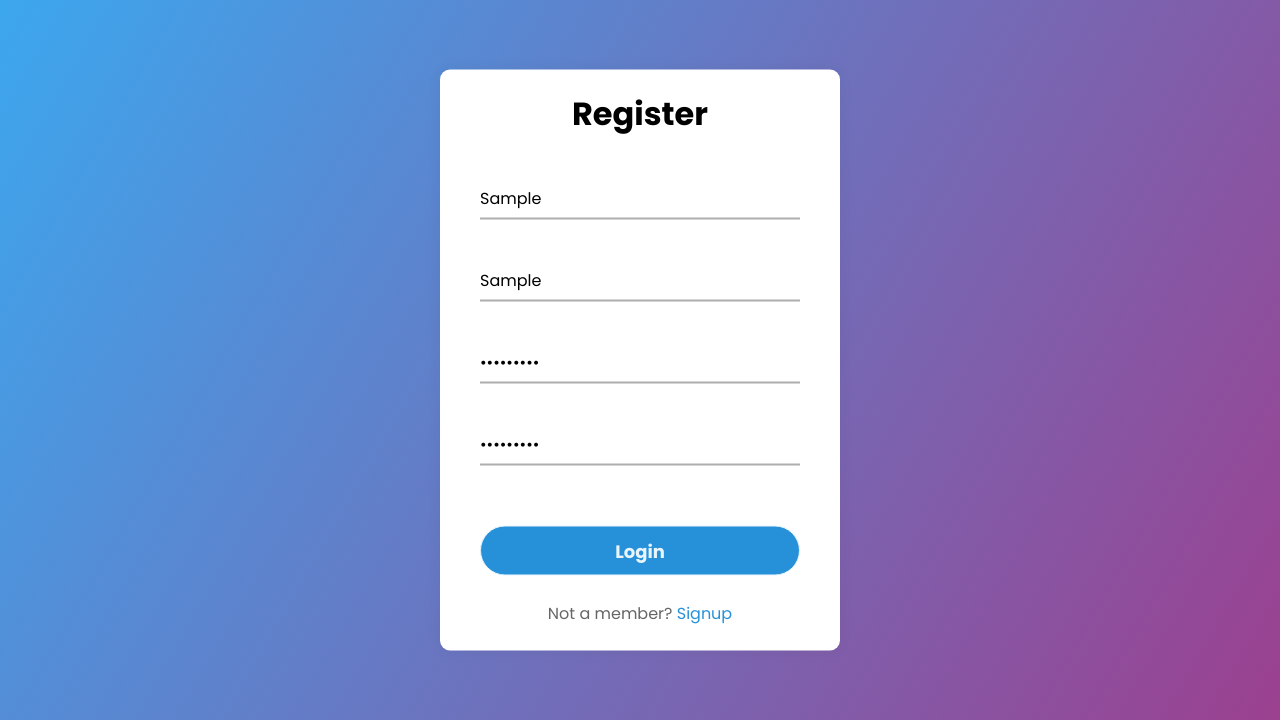
Repository: HoanTiny/30projects-30day
Page: Day 8/index.html
An editor plug-in stored every save of this project. The page is shown before and after the next save, followed by the edit.
The browser window is 1280 px wide. The pictures show the whole page.
Empty fields were first filled with sample values (such as "Sample", 5 or name@example.com).
After loading, the first visible `form` was submitted once.

Above is the page before, as saved 2021-12-06 14:34:51.
Console error: ReferenceError: input is not defined

### Day 8/index.html
<!DOCTYPE html>
<html lang="en">
    <head>
        <meta charset="UTF-8" />
        <meta http-equiv="X-UA-Compatible" content="IE=edge" />
        <meta name="viewport" content="width=device-width, initial-scale=1.0" />
        <title>Register Form Validator</title>
        <link rel="stylesheet" href="style.css" />
    </head>
    <body>
        <div class="container">
            <h1>Register</h1>
            <form>
                <div class="form-control">
                    <input type="text" id="username" placeholder="Username" />
                    <span></span>
                    <small></small>
                </div>
                <div class="form-control">
                    <input type="text" id="email" placeholder="Email" />
                    <span></span>
                    <small></small>
                </div>
                <div class="form-control">
                    <input type="password" id="password" placeholder="Password" />
                    <span></span>
                    <small></small>
                </div>
                <div class="form-control">
                    <input type="password" id="password2" placeholder="Confirm password" />
                    <span></span>
                    <small></small>
                </div>
                <input type="submit" value="Login" />
                <div class="signup_link">Not a member? <a href="#">Signup</a></div>
            </form>
        </div>

        <script src="app.js"></script>
    </body>
</html>

### Day 8/style.css
@import url("https://fonts.googleapis.com/css2?family=Poppins:wght@400;500;600;700&display=swap");

* {
    margin: 0;
    padding: 0;
    box-sizing: border-box;
    font-family: "Poppins", sans-serif;
}

body {
    background: linear-gradient(120deg, #3ca7ee, #9b408f);
    height: 100vh;
    overflow: hidden;
}

.container {
    position: absolute;
    top: 50%;
    left: 50%;
    transform: translate(-50%, -50%);
    width: 400px;
    background: white;
    border-radius: 10px;
    box-shadow: 0px 0px 15px rgba(0, 0, 0, 0.05);
}

.container h1 {
    text-align: center;
    padding-top: 20px;
}

.container form {
    padding: 0 40px;
}

form .form-control {
    position: relative;
    border-bottom: 2px solid #adadad;
    margin: 40px 0;
}

.form-control.success {
    border-bottom-color: #2691d9;
}

.form-control.error {
    border-bottom-color: #e74c3c;
}

.form-control input {
    width: 100%;
    height: 40px;
    font-size: 16px;
    border: none;
    background: none;
    outline: none;
}

small {
    position: absolute;
    left: 0;
    top: 100%;
    margin-top: 3px;
    color: #e74c3c;
}

.form-control span::before {
    content: "";
    position: absolute;
    top: 40px;
    left: 0;
    width: 0%;
    height: 2px;
    background: #2691d9;
    transition: 0.3s;
}

.form-control input:focus ~ span::before {
    width: 100%;
}

input[type="submit"] {
    margin-top: 20px;
    width: 100%;
    height: 50px;
    border: 1px solid;
    background: #2691d9;
    border-radius: 25px;
    font-size: 18px;
    color: #e9f4fb;
    font-weight: 700;
    cursor: pointer;
    outline: none;
    transition: 0.5s;
}

input[type="submit"]:hover {
    background-color: #08609a;
}

.signup_link {
    margin: 25px 0;
    text-align: center;
    font-size: 16px;
    color: #666666;
}

.signup_link a {
    color: #2691d9;
    text-decoration: none;
}

.signup_link a:hover {
    text-decoration: underline;
}

### Day 8/app.js
const form = document.querySelector("form");
const username = document.getElementById("username");
const email = document.getElementById("email");
const password = document.getElementById("password");
const password2 = document.getElementById("password2");

//Show error
function showError(input, message) {
    const formControl = input.parentElement;
    formControl.className = "form-control error";
    const small = formControl.querySelector("small");
    small.innerText = message;
}

// Show success outline
function showSuccess(input) {
    const formControl = input.parentElement;
    formControl.className = "form-control success";
    const small = formControl.querySelector("small");
    small.innerText = "";
}

function checkusername() {}

function checkmail(input) {
    const re =
        /^(([^<>()[\]\.,;:\s@\"]+(\.[^<>()[\]\.,;:\s@\"]+)*)|(\".+\"))@(([^<>()[\]\.,;:\s@\"]+\.)+[^<>()[\]\.,;:\s@\"]{2,})$/i;
    if (input.value.trim() !== re) {
        showError(input, "Email không tồn tại");
    } else {
        showSuccess(input);
    }
}

form.addEventListener("submit", function (e) {
    e.preventDefault();
    checkusername();
    checkmail(input);
});

After the next save:
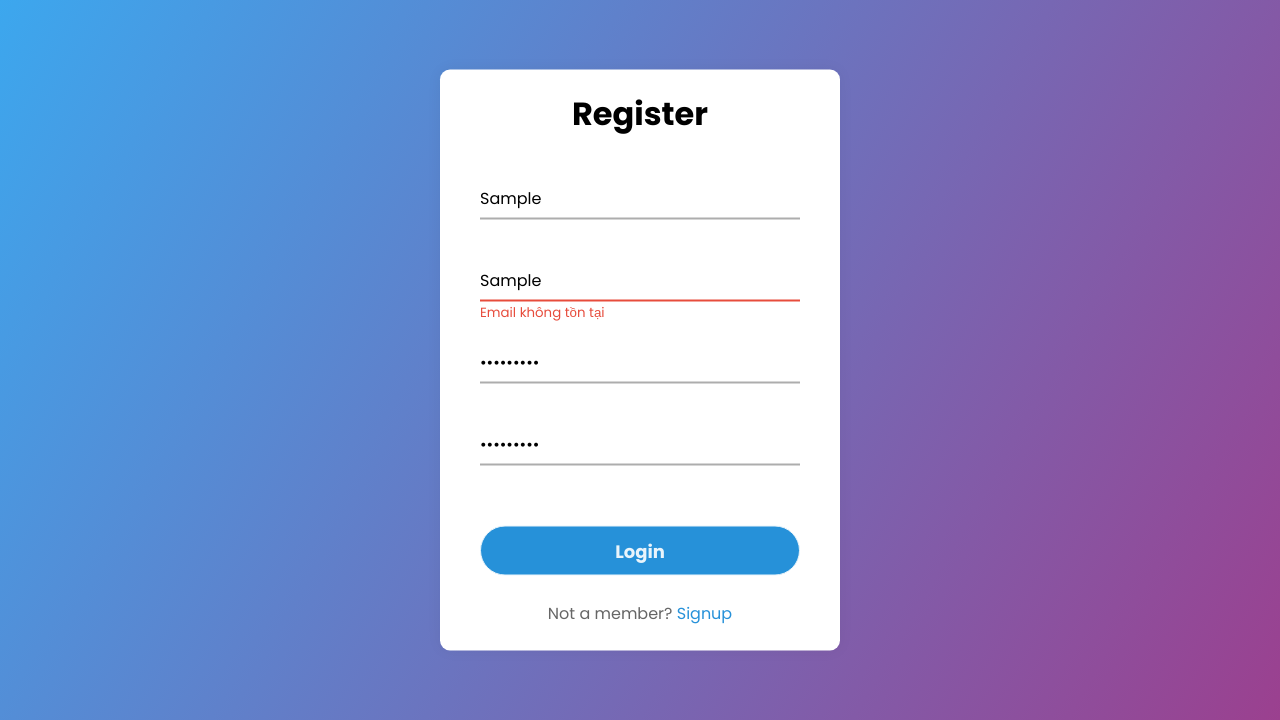
The error is gone.
Saved 34 s later.
--- a/Day 8/app.js
+++ b/Day 8/app.js
@@ -35,5 +35,5 @@ function checkmail(input) {
 form.addEventListener("submit", function (e) {
     e.preventDefault();
     checkusername();
-    checkmail(input);
+    checkmail(email);
 });
